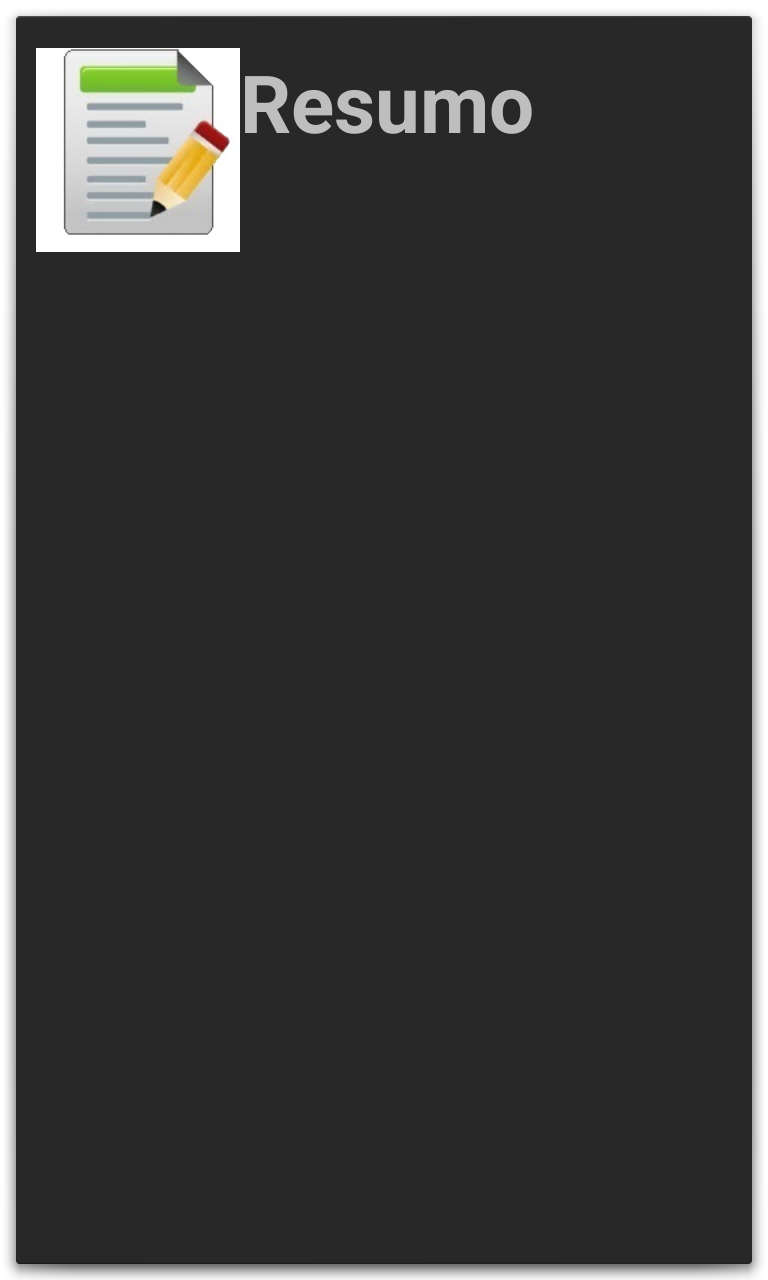
Repository: iptomar/letrinhas_documentacao
Layout: Letrinhas/APP/Prototipos/Letrinhas05/res/layout/resumo_submissoes.xml
The author's editor kept a copy of each file at every save. The layout is drawn from the files as they stood at one save, then again after the next save.
It is drawn on a 768 x 1280 px phone screen (xhdpi) without system bars, with theme android:Theme.Holo.Dialog.NoActionBar; the app's code is not run.

Above is the layout before, as saved 2014-05-19 10:19:02.

### Letrinhas/APP/Prototipos/Letrinhas05/res/layout/resumo_submissoes.xml
<RelativeLayout xmlns:android="http://schemas.android.com/apk/res/android"
    xmlns:tools="http://schemas.android.com/tools"
    android:id="@+id/resSub"
    android:layout_width="match_parent"
    android:layout_height="match_parent"
    android:paddingBottom="@dimen/activity_vertical_margin"
    android:paddingLeft="10sp"
    android:paddingRight="10sp"
    android:paddingTop="@dimen/activity_vertical_margin"
    tools:context="com.letrinhas05.ResumoSubmissoes" >

    <TextView
        android:id="@+id/rSCabecalho"
        android:layout_width="wrap_content"
        android:layout_height="wrap_content"
        android:layout_alignParentLeft="true"
        android:layout_alignParentTop="true"
        android:drawableLeft="@drawable/index"
        android:text="@string/resumo"
        android:textSize="40sp"
        android:textStyle="bold" />

</RelativeLayout>

### Letrinhas/APP/Prototipos/Letrinhas05/res/values/strings.xml
<?xml version="1.0" encoding="utf-8"?>
<resources>

    <string name="app_name">Letrinhas05</string>
    <string name="entrar">Entrar</string>
    <string name="letrinhas">Letrinhas 0.5 </string>
    <string name="Recording">A gravar</string>
    <string name="start">Começar</string>
    <string name="stop">Parar</string>
    <string name="play">Ouvir</string>
    <string name="title_item_list">Items</string>
    <string name="title_item_detail">Item Detail</string>
    <string name="title_activity_escolhe_teste">Escolher Teste</string>
    <string name="action_settings">Settings</string>
    <string name="sair">sair</string>
    <string name="voltar">voltar</string>
    <string name="teste">Teste</string>
    <string name="title_activity_esc_modo">Escolher Modo do teste</string>
    <string name="escolhe_Modo">Escolher o Modo do teste a realizar</string>
    <string name="porAluno">Por Aluno</string>
    <string name="porProf">Por Professor</string>
    <string name="title_activity_leitura_texto">Leitura de Textos</string>
    <string name="title_activity_leitura_palavras">Leitura de Palavras</string>
    <string name="concetList">ConectList</string>
    <string name="title_activity_texto">Teste de texto</string>
    <string name="title_activity_teste_texto">Teste de texto</string>
    <string name="title_activity_teste__imagem">Teste de imagens</string>
    <string name="title_activity_teste__palavras">Teste de palavras</string>
    <string name="title_activity_teste__poema">Teste de poema</string>
    <string name="login_title">Login Screen</string>
    <string name="username">Username</string>
    <string name="password">Password</string>
    <string name="login">Login</string>
    <string name="title_activity_autenticacao">Autenticacao</string>
    <string name="min"></string>
    <string name="sec"></string>
    <string name="vacilar">Vacilações</string>
    <string name="fragment">Fragmentações</string>
    <string name="silabac">Silabações</string>
    <string name="repeti">Repetições</string>
    <string name="exepriment">experiência</string>
    <string name="menos">menos</string>
    <string name="mais">mais</string>
    <string name="espaco">"                        "</string>
    <string name="numer">20</string>
    <string name="pErrada">P. Erradas:</string>
    <string name="btnback">Voltar</string>
    <string name="title_activity_all__tests">Todos os Testes</string>
    <string name="btnMainAllTest">Todos os Testes</string>
    <string name="btnMainSendResult">Criar e enviar Resultado de Teste</string>
    <string name="btnSendResult">Enviar Resultado</string>
    <string name="title_activity_send__result_test">Enviar Resultado de Teste</string>
    <string name="lb_mainIpServidor">IP do Servidor:</string>
    <string name="mainPorta">Porta:</string>
    <string name="title_activity_receber_imagem">ReceberImagem</string>
    <string name="btnReceberImagem">Ver imagem da BD Profs</string>
    <string name="title_activity_reprod_audio">ReprodAudio</string>
    <string name="title_activity_main_bd">MainBD</string>
    <string name="pontErrada">Pontuação</string>
    <string name="PalavraErrada">Palavra Errada</string>
    <string name="CancelarSeleccao">Cancelar Seleccao</string>
    <string name="title_activity_resultado">Resultado</string>
    <string name="resultado">Resultado do teste</string>
    <string name="avancar">Avançar</string>
    <string name="act_BD">Atualizar a Base de Dados</string>
    <string name="title_activity_escolhe_escola">Escolher Escola</string>
    <string name="escola">escola</string>
    <string name="title_activity_escolhe_disciplina">Escolher disciplina</string>
    <string name="ano">ano</string>
    <string name="title_activity_escolhe_aluno">Escolher Aluno</string>
    <string name="aluno">Aluno</string>
    <string name="title_activity_escolhe_professor">Escolher Professor</string>
    <string name="professor">Professor</string>
    <string name="nomeTeste">Nome do teste</string>
    <string name="tempoLeitura">Tempo de leitura</string>
    <string name="expressividade">Expressividade</string>
    <string name="ritmo">Ritmo</string>
    <string name="nota">Nota</string>
    <string name="perguntaImagem">perguntaImagem</string>
    <string name="title_activity_custom">Custom</string>
    <string name="portugues">Português</string>
    <string name="ingles">Inglês</string>
    <string name="estMeio">Estudo do meio</string>
    <string name="matematica">Matemática</string>
    <string name="escolheDisciplina">Escolhe a disciplina</string>
    <string name="agrupamento">Agrupamento Artur Gonçalves</string>
    <string name="escProfessor">Escolher professor</string>
    <string name="title_activity_escolhe_turma">Escolher Turma</string>
    <string name="hello_world">Hello world!</string>
    <string name="escolherTurma">Escolher Turma</string>
    <string name="escolherAluno">Escolher Aluno</string>
    <string name="escolherModo">Escolher modo</string>
    <string name="realizarTeste">Realizar teste(s)</string>
    <string name="corrigirTeste">Corrigir teste(s)</string>
    <string name="title_activity_escolhe_tipo_teste">Escolher Tipo de Teste</string>
    <string name="escolheTipoTeste">Escolher Tipo de Teste</string>
    <string name="demo">Demo</string>
    <string name="iniciar">Iniciar</string>
    <string name="ExemploTexto">Alfabetização\n
        A alfabetização consiste no aprendizado do alfabeto e de sua utilização como código de comunicação. De um modo mais abrangente, a alfabetização é definida como um processo no qual o indivíduo constrói a gramática e em suas variações. Esse processo não se resume apenas na aquisição dessas habilidades mecânicas (codificação e decodificação) do acto de ler, mas na capacidade de interpretar, compreender, criticar, resignificar e produzir conhecimento.1 Todas essas capacidades citadas anteriormente só serão concretizadas se os alunos tiverem acesso a todos os tipos de portadores de textos. O aluno precisa encontrar os usos sociais da leitura e da escrita.2 A alfabetização envolve também o desenvolvimento de novas formas de compreensão e uso da linguagem de uma maneira geral.\n
        A alfabetização de um indivíduo promove sua socialização, já que possibilita o estabelecimento de novos tipos de trocas simbólicas com outros indivíduos, acesso a bens culturais e a facilidades oferecidas pelas instituições sociais. A alfabetização é um fator propulsor do exercício consciente da cidadania e do desenvolvimento da sociedade como um todo.\n
        A incapacidade de ler e escrever é denominada analfabetismo, enquanto que a incapacidade de interpretar textos simples é chamada analfabetismo funcional ou semianalfabetismo.</string>
    <string name="ExemploPoema">    Ó lua que vais tão alta,\n
Redonda como um tamanco!\n
Ó Maria, traz cá a escada,\n
Que eu não chego lá com um banco.\n
\n
A minha mãe fez um bolo de alfazema.\n
Pedi-lhe uma fatia, e ela deu-ma!\n
\n
Da minha casa à tua\n
vai uma grande distância,\n
Cuidado pelo caminho, \n
não vás escorregar numa casaca de melância!\n
\n
 o meu nome é dionísio\n
pediram-me para fazer um poema, e fízi-o.\n
</string>
    <string name="title_activity_listar_submissoes">Listar Submissoes</string>
    <string name="corrigirSubmisoes">Escolher testes a corrigir</string>
    <string name="cancel">cancelar</string>
    <string name="title_activity_resumo_submissoes">Resumo Submissoes</string>
    <string name="resumo">Resumo</string>

</resources>

Loaded but not shown: Letrinhas/APP/Prototipos/Letrinhas05/res/values/dimens.xml (common file)

After the next save:
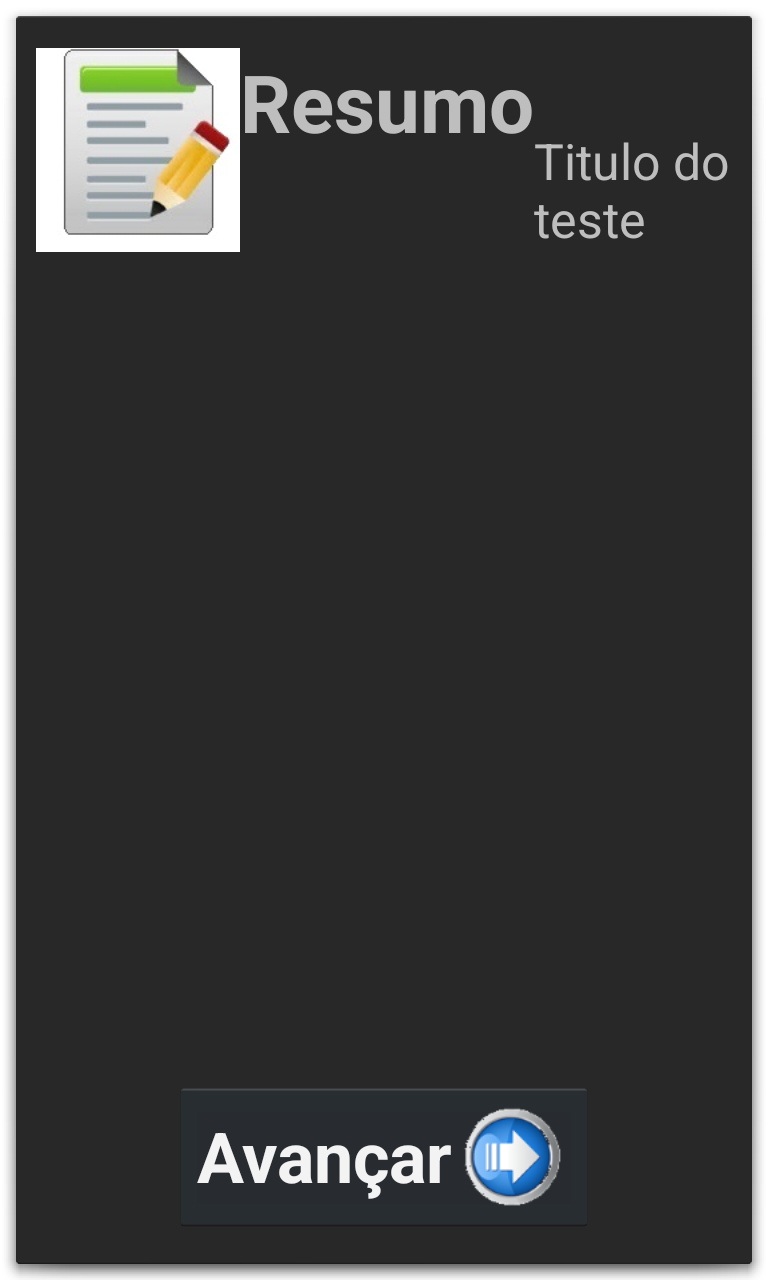
Saved 6 min 19 s later.
--- a/Letrinhas/APP/Prototipos/Letrinhas05/res/layout/resumo_submissoes.xml
+++ b/Letrinhas/APP/Prototipos/Letrinhas05/res/layout/resumo_submissoes.xml
@@ -20,4 +20,24 @@
         android:textSize="40sp"
         android:textStyle="bold" />
 
+    <Button
+        android:id="@+id/button1"
+        android:layout_width="wrap_content"
+        android:layout_height="wrap_content"
+        android:layout_alignParentBottom="true"
+        android:layout_centerHorizontal="true"
+        android:drawableRight="@drawable/right"
+        android:text="@string/avancar"
+        android:textSize="35sp"
+        android:textStyle="bold" />
+
+    <TextView
+        android:id="@+id/textView1"
+        android:layout_width="wrap_content"
+        android:layout_height="wrap_content"
+        android:layout_alignBottom="@+id/rSCabecalho"
+        android:layout_toRightOf="@+id/rSCabecalho"
+        android:text="Titulo do teste"
+        android:textSize="25sp" />
+
 </RelativeLayout>
